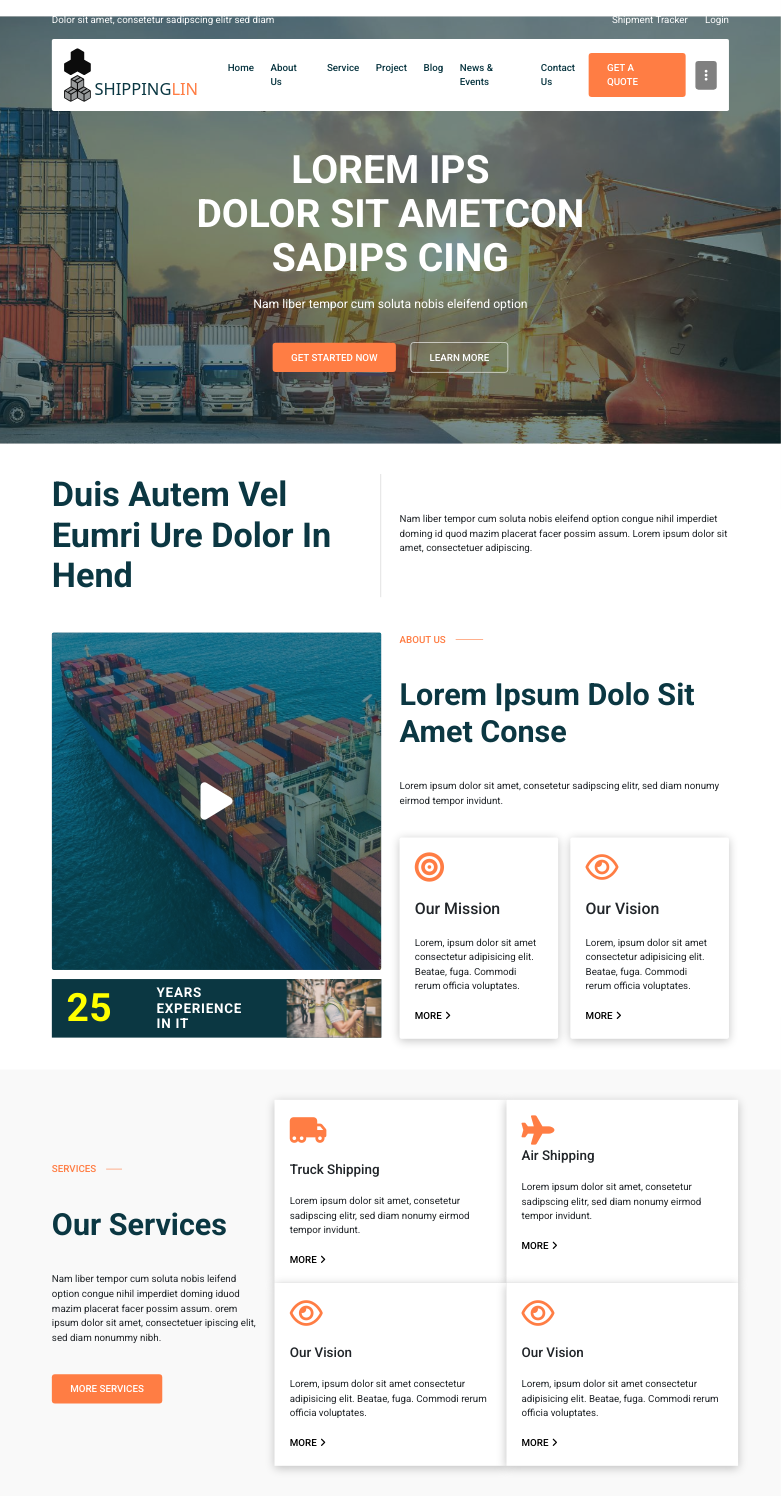
Repository: nazmulalok/shipping-theme
Page: index.html
The author's editor kept a copy of each file at every save. The page is drawn from the files as they stood at one save, then again after the next save.
The browser window is 1280 px wide. The pictures show the whole page, at 61% of full size.
Some web libraries are served in a nearby version.

Above is the page before, as saved 2022-10-08 23:03:59.

### index.html
<!DOCTYPE html>
<html lang="en">

    <head>
        <meta charset="UTF-8">
        <meta http-equiv="X-UA-Compatible" content="IE=edge">
        <meta name="viewport" content="width=device-width, initial-scale=1.0">
        <link rel="preconnect" href="https://fonts.googleapis.com">
        <link rel="preconnect" href="https://fonts.gstatic.com" crossorigin>
        <link
            href="https://fonts.googleapis.com/css2?family=Roboto:ital,wght@0,300;0,400;0,500;0,700;0,900;1,300;1,400;1,500;1,700;1,900&display=swap"
            rel="stylesheet">
        <link rel="stylesheet" href="https://cdnjs.cloudflare.com/ajax/libs/font-awesome/6.2.0/css/all.min.css"
            integrity="sha512-xh6O/CkQoPOWDdYTDqeRdPCVd1SpvCA9XXcUnZS2FmJNp1coAFzvtCN9BmamE+4aHK8yyUHUSCcJHgXloTyT2A=="
            crossorigin="anonymous" referrerpolicy="no-referrer" />
        <link rel="stylesheet" href="https://cdn.jsdelivr.net/npm/bootstrap@4.0.0/dist/css/bootstrap.min.css"
            integrity="sha384-Gn5384xqQ1aoWXA+058RXPxPg6fy4IWvTNh0E263XmFcJlSAwiGgFAW/dAiS6JXm" crossorigin="anonymous">
        <link rel="stylesheet" href="style.css">
        <title>Document</title>
    </head>

    <body>
        <header class="header-top">
            <div class="container">
                <div class="top-bar">
                    <p class="m-0">Dolor sit amet, consetetur sadipscing elitr sed diam</p>
                    <div>
                        <span class="mr-4">Shipment Tracker</span>
                        <span>Login</span>
                    </div>
                </div>
                <div class="header-area">
                    <div class="logo">
                        <img src="images/box.svg" alt="Logo Box" class="me-2">
                        <img src="images/shipping-logo.svg" alt="Shipping Logo">
                    </div>
                    <nav>
                        <ul>
                            <li><a href="#">Home</a></li>
                            <li><a href="#">About Us</a></li>
                            <li><a href="#">Service</a></li>
                            <li><a href="#">Project</a></li>
                            <li><a href="#">Blog</a></li>
                            <li><a href="#">News & Events</a></li>
                            <li><a href="#">Contact Us</a></li>
                        </ul>
                    </nav>
                    <div class="nav-btn">
                        <a class="common-btn mr-3" href="#">Get A Quote</a>
                        <i class="fa-solid fa-ellipsis-vertical"></i>
                    </div>
                </div>
            </div>
        </header>
        <!-- Slider -->
        <section>
            <div class="main-slider">
                <div class="container">
                    <div class="slide-content">
                        <div class="slide-text">
                            <div class="slider-title mb-4">Lorem ips<br>
                                dolor sit ametcon<br>
                                sadips cing</div>
                            <p>Nam liber tempor cum soluta nobis eleifend option</p>
                            <div class="sliderBtn mt-5"><a class="common-btn mr-4" href="#">Get Started Now</a><a
                                    class="common-btn outline-btn" href="#">Learn More</a></div>
                        </div>
                    </div>
                </div>
            </div>
        </section>
        <!-- Slider Ends -->
        <div class="common-sec">
            <div class="container">
                <div class="row align-items-center mb-5">
                    <div class="col-lg-6">
                        <h1 class="border-heading">Duis Autem Vel Eumri
                            Ure Dolor In Hend</h1>
                    </div>
                    <div class="col-lg-6">
                        <p class="ms-4">Nam liber tempor cum soluta nobis eleifend option congue nihil imperdiet doming
                            id quod mazim
                            placerat facer possim assum. Lorem ipsum dolor sit amet, consectetuer adipiscing.</p>
                    </div>
                </div>
                <div class="row mt-5">
                    <div class="col-lg-6">
                        <div class="video-box img-box img-shadow">
                            <img src="images/ship-products.jpg" alt="Ship Products" />
                            <a data-fancybox="" href="" class="video-btn">
                                <i class="fa fa-play"></i>
                            </a>
                        </div>
                        <div class="exp-section">
                            <div class="exp-title ml-4">
                                25
                            </div>
                            <div class="exp-paragraph">
                                Years <br>Experience <br>In It
                            </div>
                            <img src="images/exp-bg.png" alt="Experience">
                        </div>
                    </div>
                    <div class="col-lg-6">
                        <span class="sp-title">About Us</span>
                        <h2 class="mb-5">Lorem Ipsum Dolo
                            Sit Amet Conse</h2>
                        <p class="mb-5">Lorem ipsum dolor sit amet, consetetur sadipscing elitr, sed diam nonumy eirmod
                            tempor
                            invidunt.</p>
                        <div class="boxes">
                            <div class="common-box">
                                <div class="content">
                                    <i class="fa-solid fa-bullseye mb-4"></i>
                                    <div class="box-title mb-4">
                                        Our Mission
                                    </div>
                                    <p class="mb-4">Lorem, ipsum dolor sit amet consectetur adipisicing elit. Beatae,
                                        fuga. Commodi
                                        rerum
                                        officia voluptates.</p>
                                    <a href="#" class="more-btn">More</a>
                                </div>
                            </div>
                            <div class="common-box">
                                <div class="content">
                                    <i class="fa-regular fa-eye mb-4"></i>
                                    <div class="box-title mb-4">
                                        Our Vision
                                    </div>
                                    <p class="mb-4">Lorem, ipsum dolor sit amet consectetur adipisicing elit. Beatae,
                                        fuga. Commodi
                                        rerum
                                        officia voluptates.</p>
                                    <a href="#" class="more-btn">More</a>
                                </div>
                            </div>
                        </div>
                    </div>
                </div>
            </div>
        </div>
        <div class="common-sec service-sec">
            <div class="container">
                <div class="row align-items-center">
                    <div class="col-lg-4">
                        <span class="sp-title">Services</span>
                        <h2 class="mb-5">Our Services</h2>
                        <p class="mb-5">Nam liber tempor cum soluta nobis leifend option congue nihil imperdiet doming
                            iduod mazim placerat facer possim assum. orem ipsum dolor sit amet, consectetuer ipiscing
                            elit, sed diam nonummy nibh.</p>
                        <a href="#" class="common-btn">More Services</a>
                    </div>
                    <div class="col-lg-8">
                        <div class="row">
                            <div class="col-lg-6 p-0">
                                <div class="common-box">
                                    <div class="content">
                                        <i class="fa-solid fa-truck-moving mb-4"></i>
                                        <div class="box-title mb-4">
                                            Truck Shipping
                                        </div>
                                        <p class="mb-4">Lorem ipsum dolor sit amet, consetetur sadipscing elitr, sed
                                            diam nonumy eirmod tempor invidunt.</p>
                                        <a href="#" class="more-btn">More</a>
                                    </div>
                                </div>
                            </div>
                            <div class="col-lg-6 p-0">
                                <div class="common-box">
                                    <div class="content">
                                        <i class="fa-solid fa-plane"></i>
                                        <div class="box-title mb-4">
                                            Air Shipping
                                        </div>
                                        <p class="mb-4">Lorem ipsum dolor sit amet, consetetur sadipscing elitr, sed
                                            diam nonumy eirmod tempor invidunt.</p>
                                        <a href="#" class="more-btn">More</a>
                                    </div>
                                </div>
                            </div>
                            <div class="col-lg-6 p-0">
                                <div class="common-box">
                                    <div class="content">
                                        <i class="fa-regular fa-eye mb-4"></i>
                                        <div class="box-title mb-4">
                                            Our Vision
                                        </div>
                                        <p class="mb-4">Lorem, ipsum dolor sit amet consectetur adipisicing elit.
                                            Beatae,
                                            fuga. Commodi
                                            rerum
                                            officia voluptates.</p>
                                        <a href="#" class="more-btn">More</a>
                                    </div>
                                </div>
                            </div>
                            <div class="col-lg-6 p-0">
                                <div class="common-box">
                                    <div class="content">
                                        <i class="fa-regular fa-eye mb-4"></i>
                                        <div class="box-title mb-4">
                                            Our Vision
                                        </div>
                                        <p class="mb-4">Lorem, ipsum dolor sit amet consectetur adipisicing elit.
                                            Beatae,
                                            fuga. Commodi
                                            rerum
                                            officia voluptates.</p>
                                        <a href="#" class="more-btn">More</a>
                                    </div>
                                </div>
                            </div>
                        </div>
                    </div>
                </div>
            </div>
        </div>














        <script src="https://code.jquery.com/jquery-3.2.1.slim.min.js"
            integrity="sha384-KJ3o2DKtIkvYIK3UENzmM7KCkRr/rE9/Qpg6aAZGJwFDMVNA/GpGFF93hXpG5KkN"
            crossorigin="anonymous"></script>
        <script src="https://cdn.jsdelivr.net/npm/popper.js@1.12.9/dist/umd/popper.min.js"
            integrity="sha384-ApNbgh9B+Y1QKtv3Rn7W3mgPxhU9K/ScQsAP7hUibX39j7fakFPskvXusvfa0b4Q"
            crossorigin="anonymous"></script>
        <script src="https://cdn.jsdelivr.net/npm/bootstrap@4.0.0/dist/js/bootstrap.min.js"
            integrity="sha384-JZR6Spejh4U02d8jOt6vLEHfe/JQGiRRSQQxSfFWpi1MquVdAyjUar5+76PVCmYl"
            crossorigin="anonymous"></script>
    </body>

</html>

### style.css
/* Common CSS Starts*/
*,
*::before,
*::after {
    box-sizing: border-box;
    margin: 0;
    padding: 0;
}

html {
    scroll-behavior: smooth;
}

:root {
    --main-color: #FF7D44;
    --secondary-color: #0B3742;
    --tertiary-color: #FFFFFF;
}

body {
    font-family: 'Roboto', sans-serif;
}

a.white-space {
    white-space: nowrap;
}

/* Common CSS Ends */

/* slider style starts */

.main-slider>* {
    z-index: 10;
}

.main-slider {
    background: url(images/shipping-banner.jpg);
    height: 700px;
    width: 100%;
    background-size: cover;
    background-repeat: no-repeat;
    background-position: center;
    position: relative;
    display: flex;
    align-items: center;
    transition: all 1s;
    margin-top: -155px;
    z-index: 50;
}

.main-slider:before {
    content: '';
    width: 100%;
    height: 100%;
    top: 0;
    left: 0;
    position: absolute;
    background-color: rgb(11 55 66 / 55%);
    z-index: 1;
}

.slide-content {
    text-align: center;
}

.slide-text {
    color: var(--tertiary-color);
    padding-top: 100px;
}

.slider-title {
    font-size: 4rem;
    font-weight: 600;
    line-height: 4.5rem;
    text-transform: uppercase;
}

.slide-text p {
    font-size: 20px;
}

a.common-btn {
    display: inline-block;
    text-decoration: none;
    color: var(--tertiary-color);
    background: var(--main-color);
    padding: 12px 30px;
    border-radius: 5px;
    font-size: 16px;
    font-weight: 500;
    text-transform: uppercase;
    transition: all 1s ease;
}

a.common-btn:hover {
    background: var(--tertiary-color);
    color: var(--secondary-color);
}

a.common-btn.outline-btn {
    background: transparent !important;
    border: 1px solid var(--tertiary-color);
}

a.common-btn.outline-btn:hover {
    background: var(--tertiary-color) !important;
}

/* Header style starts */

.header-top {
    z-index: 100;
    background: transparent;
    position: relative;
}

.top-bar,
.header-area {
    display: flex;
    justify-content: space-between;
    align-items: center;
    color: var(--tertiary-color);
}

.top-bar {
    padding: 20px 0px;
}

.header-area {
    background: var(--tertiary-color);
    padding: 15px 20px;
    border-radius: 3px;
}

nav ul {
    list-style-type: none;
    color: var(--secondary-color);
    display: flex;
    gap: 1.7rem;
    margin: 0;
}

nav ul a {
    color: var(--secondary-color);
    text-decoration: none;
    font-size: 16px;
    font-weight: 500;
    transition: all 0.5s;
}

nav ul a:hover {
    color: var(--main-color);
    transition: all 0.5s;
}

.nav-btn {
    align-items: center;
    display: flex;
}

.nav-btn i {
    color: var(--tertiary-color);
    font-size: 21px;
    background: gray;
    padding: 13px 15px;
    border-radius: 5px;
}

/* Headings Styles */

h1 {
    font-size: 56px;
}

h2 {
    font-size: 50px;
}

h3 {
    font-size: 44px;
}

h4 {
    font-size: 38px;
}

h5 {
    font-size: 32px;
}

h6 {
    font-size: 26px;
}

h1,
h2,
h3,
h4,
h5,
h6 {
    font-weight: 700;
    margin-bottom: 10px;
    color: var(--secondary-color);
}

/* Section Styles */

.py-50,
.common-sec {
    padding-top: 50px;
    padding-bottom: 50px;
}

.common-sec {
    position: relative;
    z-index: 0;
    overflow: hidden;
}

.common-sec:nth-child(even):before {
    content: "";
    position: absolute;
    width: 1000%;
    height: 100%;
    top: 50%;
    left: 50%;
    transform: translate(-50%, -50%);
    background-color: #f9f9f9;
    border-bottom: 1px solid #f6f6f6;
    z-index: -1;
}

/* Image box style */

.img-box {
    border-radius: 3px;
    transition: 0.5s;
    margin-bottom: 15px;
    text-align: center;
    position: relative;
}

.img-box img {
    border-radius: 3px;
}

.img-box:last-child {
    margin-bottom: 0;
}

figure.img-box img+figcaption {
    margin-top: 10px;
    text-align: left;
    padding: 10px;
    border-radius: 3px;
    box-shadow: -5px 5px 20px 0 rgb(0 0 0 / 5%);
}

.img-box.img-shadow:before {
    content: '';
    width: 100%;
    height: 100%;
    position: absolute;
    top: 0;
    left: 0;
    background-color: rgb(11 55 66 / 55%);
    border-radius: 3px;
}

/* Video Box */

.video-box {
    position: relative;
}

.video-box img {
    border-radius: 3px;
    width: 100%;
}

.video-btn {
    position: absolute;
    text-align: center;
    color: var(--tertiary-color);
    font-size: 30px;
    border: none;
    left: 50%;
    top: 50%;
    -webkit-transform: translate(-50%, -50%);
    transform: translate(-50%, -50%);
    display: flex;
    justify-content: center;
    align-items: center;
    text-decoration: none !important;
    box-shadow: none;
    transition: 0.5s;
}

.video-btn .fa-play {
    color: var(--tertiary-color);
    position: relative;
    z-index: 99;
    -webkit-transition: color 0.5s;
    transition: 0.5s;
    text-decoration: none;
    line-height: 80px;
    font-size: 70px;
}

.video-btn:hover {
    color: inherit;
}

.video-btn:hover .fa-play {
    color: var(--main-color);
}

.video-btn:before,
.video-btn:after {
    display: none;
}

/* Common Box Styles */

.common-box {
    box-shadow: rgb(0 0 0 / 24%) 0px 3px 15px;
    height: 100%;
    background-color: #fff;
    border-radius: 3px;
    transition: all 0.5s ease;
}

.common-box>.img-box {
    margin-bottom: 0;
}

.common-box .common-heading:last-child,
.common-box p:last-child,
.common-box ul:last-child,
.common-box ul:last-child li:last-child,
.common-box .img-box:last-child {
    margin-bottom: 0;
}

.common-box>.content {
    padding: 25px;
}

/* Other CSS Starts */

.border-heading {
    border-right: 2px solid #E8E8E8;
}

.sp-title {
    display: flex;
    text-transform: uppercase;
    color: var(--main-color);
    font-weight: 500;
    align-items: center;
    margin-bottom: 3rem;
}

.sp-title:after {
    content: '';
    width: 20px;
    height: 1px;
    background: var(--main-color);
    flex: 0.1;
    margin-left: 1rem;
}

.boxes {
    display: grid;
    grid-template-columns: 1fr 1fr;
    grid-gap: 20px;
}

.common-box i {
    color: var(--main-color);
    font-size: 48px;
}

.common-box .box-title {
    font-size: 26px;
    font-weight: 500;
}

.common-box:hover {
    background-color: var(--main-color);
    color: var(--tertiary-color);
    transition: all 0.5s ease;
}

.common-box:hover i {
    color: var(--tertiary-color);
    transition: all 1s ease;
}

.exp-section {
    background: var(--secondary-color);
    display: flex;
    align-items: center;
    justify-content: space-between;
}

.exp-section .exp-title {
    color: #FFFF00;
    font-size: 64px;
    font-weight: 600;
    letter-spacing: 0.5px;
}

.exp-section .exp-paragraph {
    color: var(--tertiary-color);
    font-size: 22px;
    font-weight: 600;
    line-height: normal;
    text-transform: uppercase;
    letter-spacing: 1.2px;
}

.exp-section img {
    width: 155px;
}

a.more-btn {
    display: inline-block;
    color: #000;
    font-size: 16px;
    font-weight: 500;
    text-transform: uppercase;
    text-decoration: none;
}

a.more-btn:after {
    content: '\f105';
    font-family: 'FontAwesome';
    margin-left: 5px;

}

.common-box:hover a.more-btn {
    color: var(--tertiary-color);
}

/* Service Section */

.service-sec .common-box {
    border-radius: 0px;
}

.service-sec .common-box .box-title {
    font-size: 22px;
    font-weight: 500;
}

After the next save:
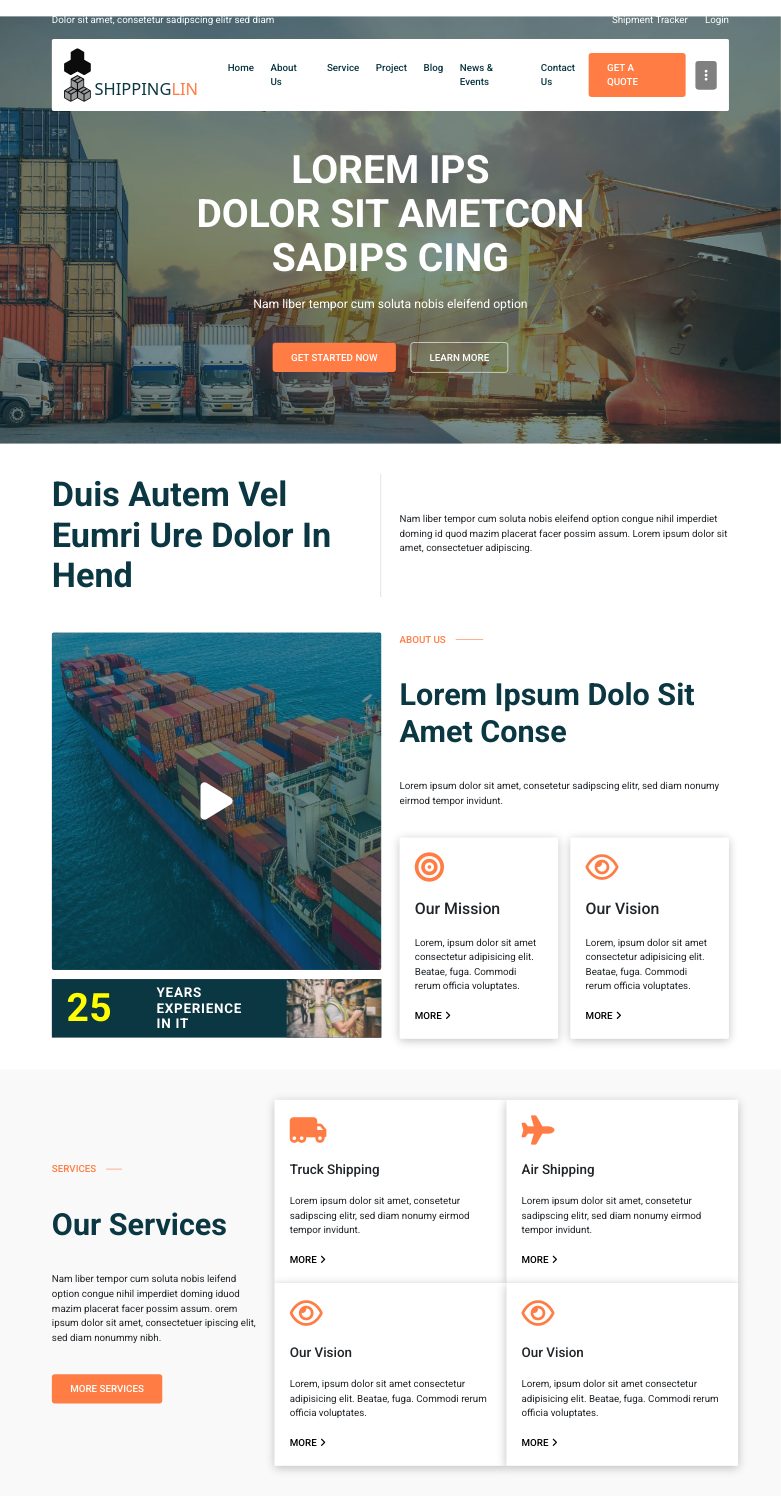
Saved 5 s later.
--- a/index.html
+++ b/index.html
@@ -169,7 +169,7 @@
                             <div class="col-lg-6 p-0">
                                 <div class="common-box">
                                     <div class="content">
-                                        <i class="fa-solid fa-plane"></i>
+                                        <i class="fa-solid fa-plane mb-4"></i>
                                         <div class="box-title mb-4">
                                             Air Shipping
                                         </div>
